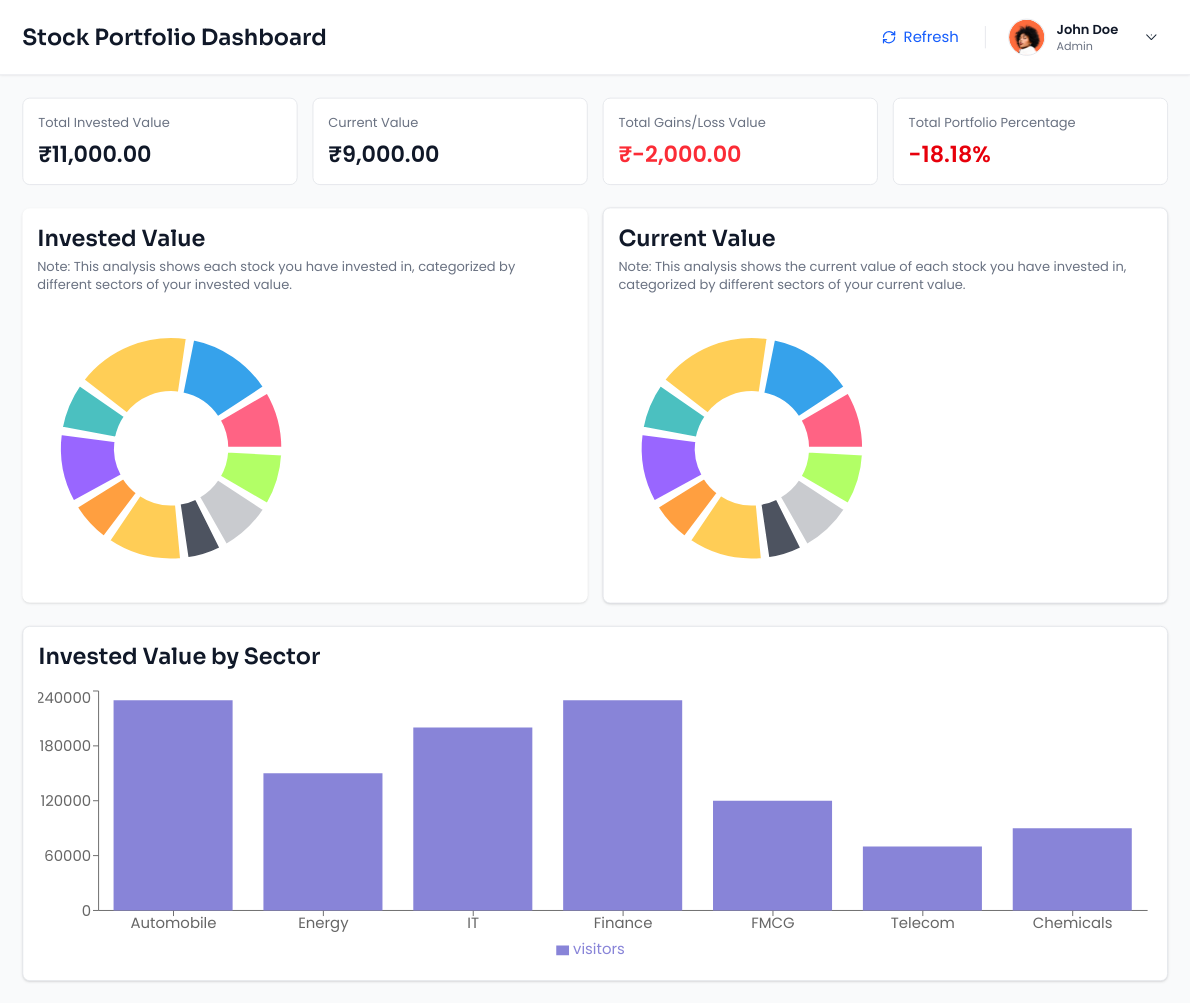
Repository: jabir12-12/inten-project
Page: /
These files come from the project's save history. The page is drawn as it stood at one moment and after the next save; the edit follows.
The browser window is 1280 px wide. The pictures show the whole page, at 93% of full size.
The project was rebuilt for these pictures with package versions that can differ from the ones it lists, and the page was loaded fresh each time. The framework's server and built-in components were replaced by stand-ins that run in the browser. Also part of the build but not shown: next.config.ts.

Above is the page before, as saved 2025-05-17 15:34:30.

After the next save:
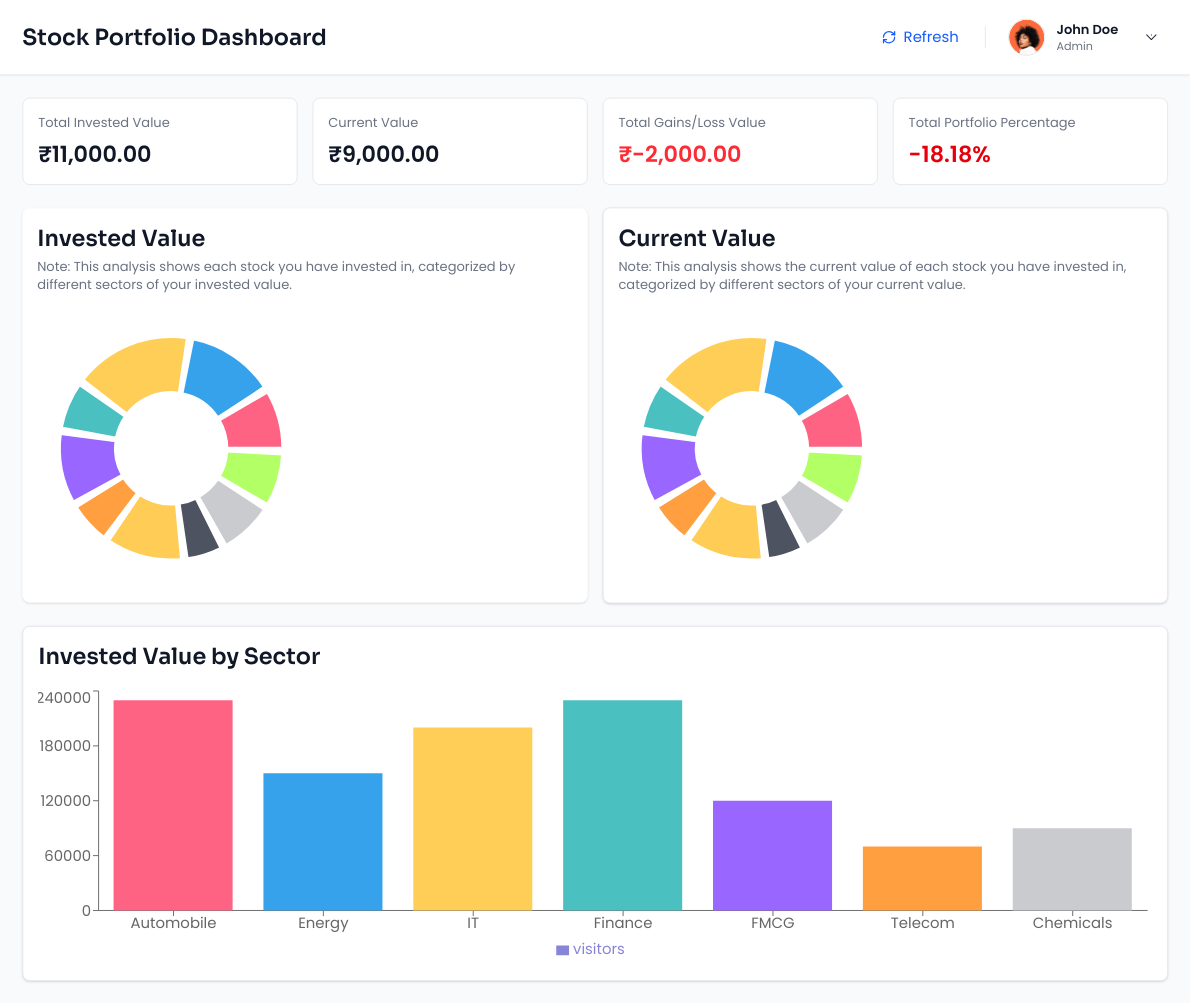
Saved 3 min 28 s later.
--- a/src/pages/index.tsx
+++ b/src/pages/index.tsx
@@ -23,17 +23,29 @@ const Investedvalue = [
   { name: "SBI", sector: "Finance", visitors: 90000, percentage: 9, fill: "#B2FF66" },
 ];
 
-const sectorWiseData = Investedvalue.reduce((acc, curr) => {
-  const sector = curr.sector;
+// 1. Group by sector
+const sectorMap = Investedvalue.reduce((acc, curr) => {
+  const { sector, visitors } = curr;
   if (!acc[sector]) {
     acc[sector] = { sector, visitors: 0 };
   }
-  acc[sector].visitors += curr.visitors;
+  acc[sector].visitors += visitors;
   return acc;
 }, {} as Record<string, { sector: string; visitors: number }>);
 
-// Convert to array for BarChart
-const groupedBySector = Object.values(sectorWiseData);
+// 2. Total invested value
+const totalInvested1 = Object.values(sectorMap).reduce((sum, item) => sum + item.visitors, 0);
+
+// 3. Add percentage and unique colors
+const colors = [
+  "#FF6384", "#36A2EB", "#FFCE56", "#4BC0C0", "#9966FF", "#FF9F40", "#C9CBCF", "#B2FF66", "#4D5360"
+];
+
+const groupedBySector = Object.values(sectorMap).map((item, index) => ({
+  ...item,
+  percentage: ((item.visitors / totalInvested1) * 100).toFixed(1), // 1 decimal place
+  fill: colors[index % colors.length],
+}));
 
 
 // Calculate total invested amount
@@ -250,11 +262,21 @@ export default function Home() {
             <BarChart data={groupedBySector}>
               <XAxis dataKey="sector" />
               <YAxis />
-              <Tooltip />
+              <Tooltip
+                formatter={(value: number, name: string, props: any) =>
+                  [`₹${value.toLocaleString("en-IN")}`, "Investment"]
+                }
+                labelFormatter={(label: string) => `Sector: ${label}`}
+              />
               <Legend />
-              <Bar dataKey="visitors" fill="#8884d8" />
+              <Bar dataKey="visitors" isAnimationActive fill="#8884d8">
+                {groupedBySector.map((entry, index) => (
+                  <Cell key={`cell-${index}`} fill={entry.fill} />
+                ))}
+              </Bar>
             </BarChart>
           </ResponsiveContainer>
+
         </div>
 
 
